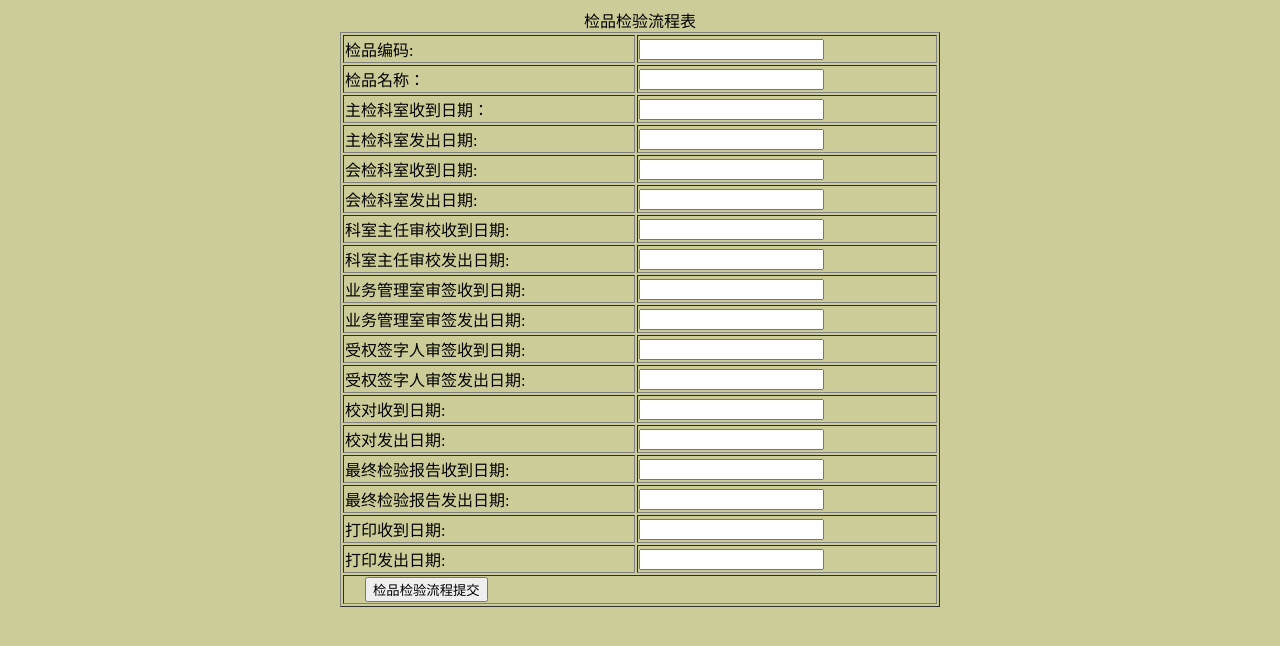
Repository: Shaoxubao/Java
Page: http://localhost/msm/jsp/final/sampleflow_final.jsp
The author's editor kept a copy of each file at every save. The page is drawn from the files as they stood at one save, then again after the next save.
The browser window is 1280 px wide. The pictures show the whole page.
The page is served by Tomcat 9. Nobody is signed in. The application's start-up code is not run. The template is opened directly, without the code that normally fills it, so the values that code supplies are empty.

Above is the page before, as saved 2015-06-10 09:47:11.

After the next save:
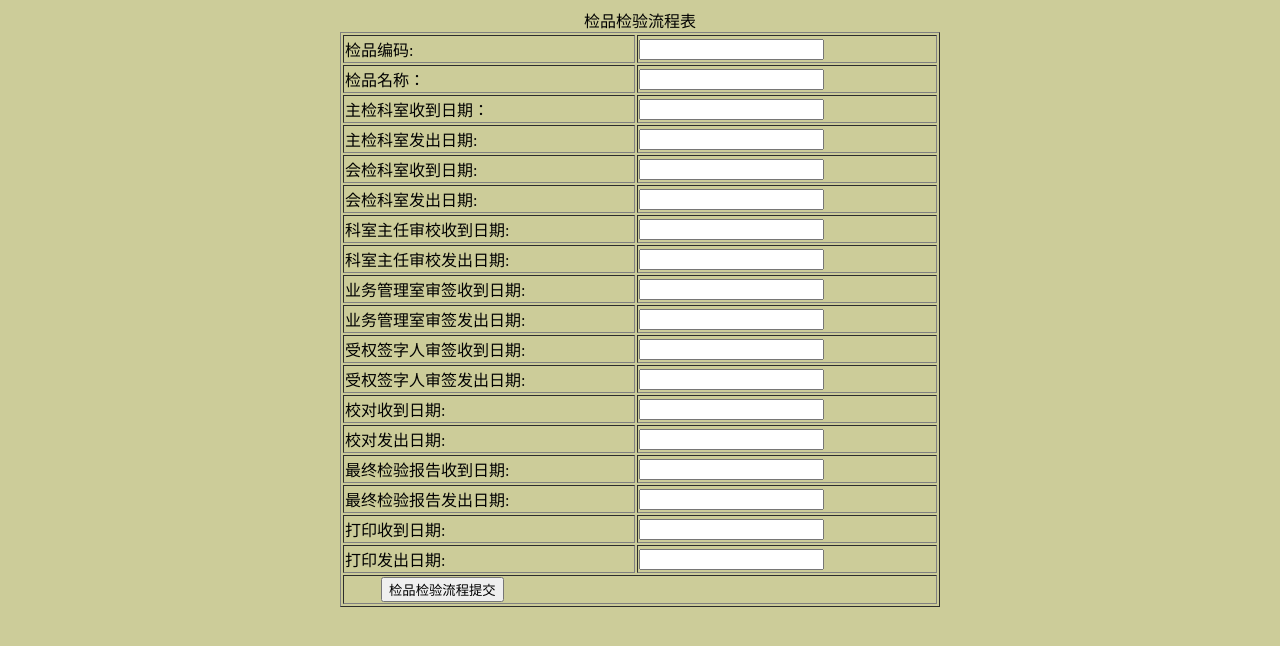
Saved 19 min 31 s later.
--- a/msm/WebContent/jsp/final/sampleflow_final.jsp
+++ b/msm/WebContent/jsp/final/sampleflow_final.jsp
@@ -68,7 +68,7 @@
 
             <tr>
               <td colspan="2">
-                &nbsp;&nbsp;&nbsp;&nbsp;
+                &nbsp;&nbsp;&nbsp;&nbsp;&nbsp;&nbsp;&nbsp;&nbsp;
                 <input type="submit" name="add" value="检品检验流程提交"/>
               </td>
             </tr>
